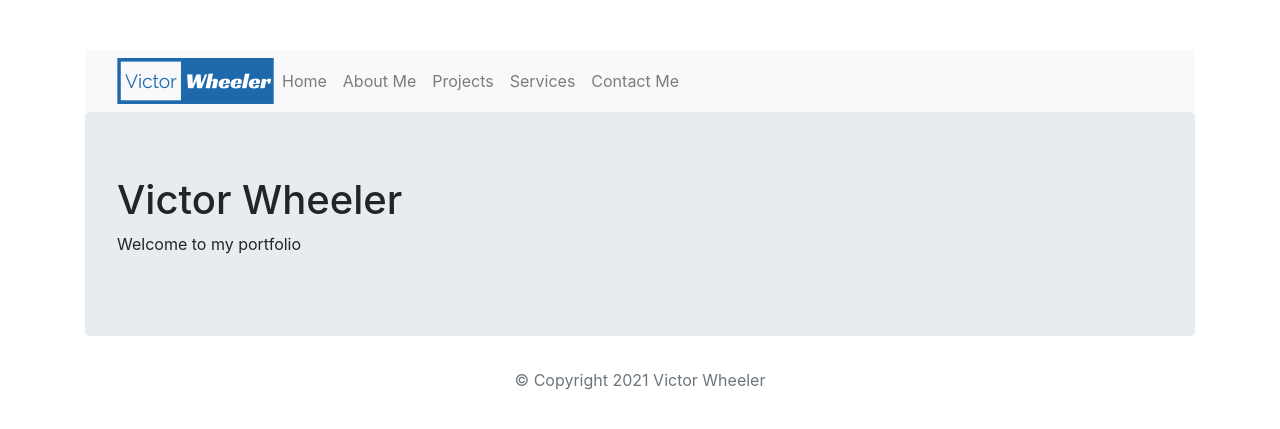
Repository: VictorWheeler/COMP_229_301167760
Page: http://localhost/
These files come from the project's save history. The page is drawn as it stood at one moment and after the next save; the edit follows.
The browser window is 1280 px wide. The pictures show the whole page.
The page is served by the project's Node server (server.js).

Above is the page before, as saved 2021-09-29 11:00:13.

### Express-Portfolio-Site/views/pages/index.ejs
<!DOCTYPE html>
<html lang="en">
<head>
  <%- include('../partials/head'); %>
</head>
<body class="container">

<header>
  <%- include('../partials/header'); %>
</header>

<main>
  <div class="jumbotron">
    <h1>Victor Wheeler</h1>
    <p>Welcome to my portfolio</p>
  </div>
</main>

<footer>
  <%- include('../partials/footer'); %>
</footer>

</body>
</html>

### Express-Portfolio-Site/views/partials/head.ejs
<meta charset="UTF-8">
<title>Victor Wheeler</title>

<!-- CSS (load bootstrap from a CDN) -->
<link rel="stylesheet" href="https://cdnjs.cloudflare.com/ajax/libs/twitter-bootstrap/4.5.2/css/bootstrap.min.css">
<style>
  body { padding-top:50px; }
</style>

### Express-Portfolio-Site/views/partials/header.ejs
<nav class="navbar navbar-expand-lg navbar-light bg-light">
  <a class="navbar-brand"></a><img src="/public/images/vw_logo.png" alt="why">
  <ul class="navbar-nav mr-auto">
    <li class="nav-item">
      <a class="nav-link" href="/">Home</a>
    </li>
    <li class="nav-item">
      <a class="nav-link" href="/about">About Me</a>
    </li>
    <li class="nav-item">
      <a class="nav-link" href="/projects">Projects</a>
    </li>
    <li class="nav-item">
      <a class="nav-link" href="/services">Services</a>
    </li>
    <li class="nav-item">
      <a class="nav-link" href="/contact">Contact Me</a>
    </li>
  </ul>
</nav>

### Express-Portfolio-Site/views/partials/footer.ejs
<p class="text-center text-muted">&copy; Copyright 2021 Victor Wheeler</p>

### Express-Portfolio-Site/server.js
var express = require('express');
var app = express();

// set the view engine to ejs
app.set('view engine', 'ejs');

//set public folder as static
app.use(express.static(__dirname+'/public'));

// use res.render to load up an ejs view file

// Home page page
app.get('/', function(req, res) {
  res.render('pages/index');
});

// About Me page
app.get('/about', function(req, res) {
  res.render('pages/about');
});

// Projects page
app.get('/projects', function(req, res) {
    res.render('pages/projects');
  });

  // Services page
app.get('/services', function(req, res) {
    res.render('pages/services');
  });

  // Contact Me page
app.get('/contact', function(req, res) {
    res.render('pages/contact');
  });

app.listen(3000);
console.log('Server is listening on port 3000');

After the next save:
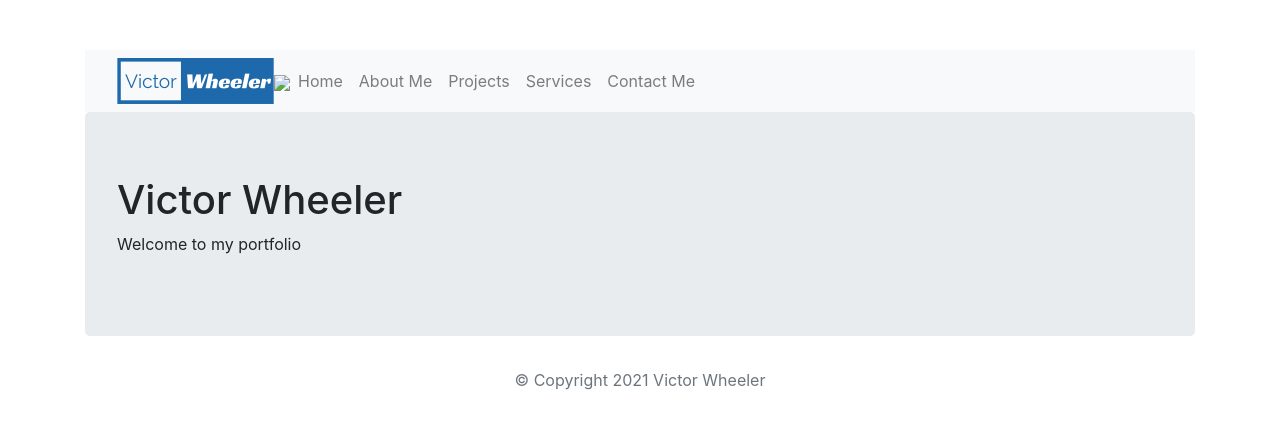
Not found: Express-Portfolio-Site/images/vw_logo
Saved 2 min 53 s later.
--- a/Express-Portfolio-Site/views/partials/header.ejs
+++ b/Express-Portfolio-Site/views/partials/header.ejs
@@ -1,5 +1,8 @@
 <nav class="navbar navbar-expand-lg navbar-light bg-light">
   <a class="navbar-brand"></a><img src="/public/images/vw_logo.png" alt="why">
+  <div id="main-content">
+  <img src="images\vw_logo" />
+</div>
   <ul class="navbar-nav mr-auto">
     <li class="nav-item">
       <a class="nav-link" href="/">Home</a>

After the save that followed:
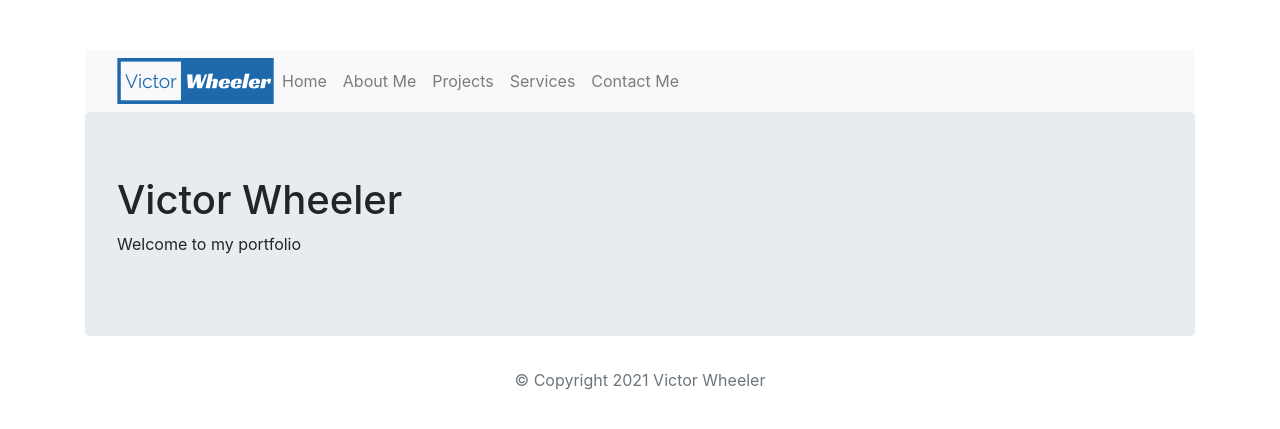
Saved 48 s later.
--- a/Express-Portfolio-Site/views/partials/header.ejs
+++ b/Express-Portfolio-Site/views/partials/header.ejs
@@ -1,9 +1,6 @@
 <nav class="navbar navbar-expand-lg navbar-light bg-light">
-  <a class="navbar-brand"></a><img src="/public/images/vw_logo.png" alt="why">
-  <div id="main-content">
-  <img src="images\vw_logo" />
-</div>
-  <ul class="navbar-nav mr-auto">
+  <a class="navbar-brand"></a><img src="/images/vw_logo.png" alt="why">
+   <ul class="navbar-nav mr-auto">
     <li class="nav-item">
       <a class="nav-link" href="/">Home</a>
     </li>
